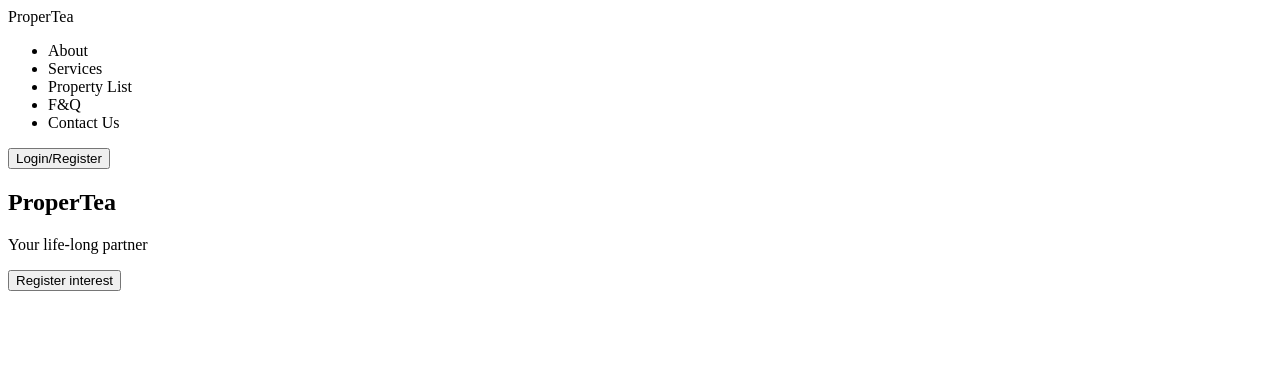
Repository: jijip41/Creating-website-1
Page: portfolio/index.html
The author's editor kept a copy of each file at every save. The page is drawn from the files as they stood at one save, then again after the next save.
The browser window is 1280 px wide. The pictures show the whole page.

Above is the page before, as saved 2021-02-05 22:07:10.

After the next save:
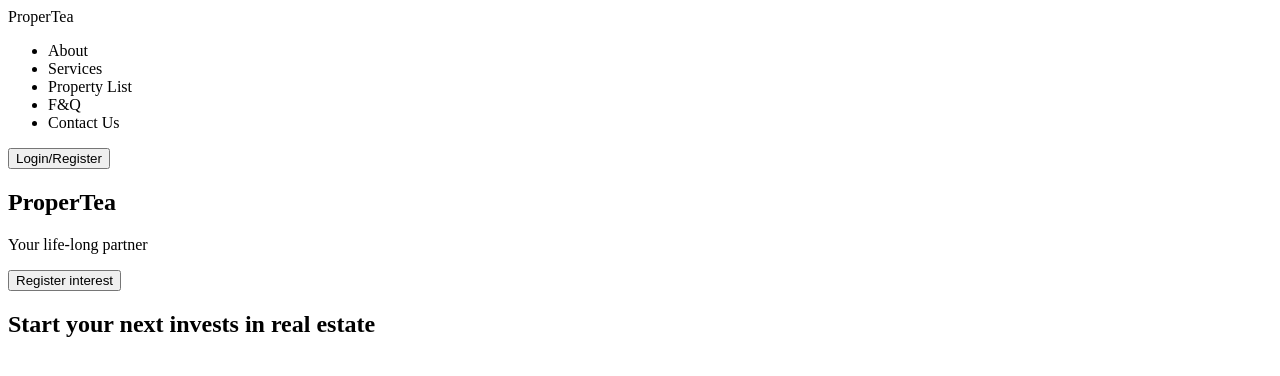
Saved 119 s later.
--- a/portfolio/index.html
+++ b/portfolio/index.html
@@ -28,5 +28,9 @@
       <p>Your life-long partner</p>
       <button>Register interest</button>
     </section>
+
+    <section>
+      <h1>Start your next invests in real estate</h1>
+    </section>
   </body>
 </html>
